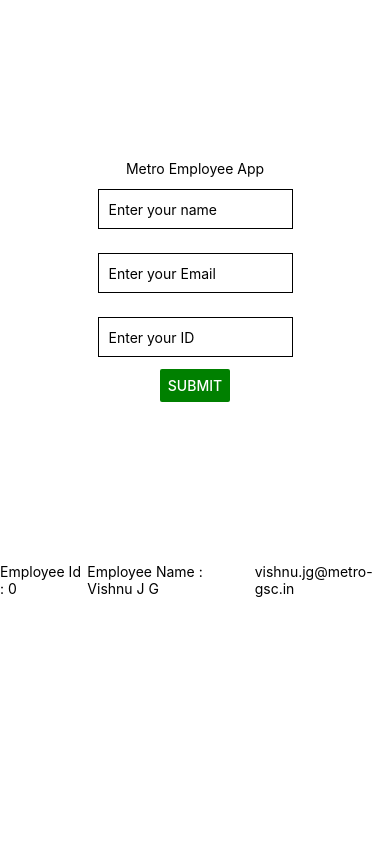
Repository: VishnuJG/Metro-Employee-App
Screen: /
These files come from the project's save history. The screen is drawn as it stood at one moment and after the next save; the edit follows.
The app was drawn by React Native's web renderer in a window 390 px wide. The project was rebuilt for these pictures with package versions that can differ from the ones it lists, and the page was loaded fresh each time. Some packages were replaced by stand-ins written for this rebuild.

Above is the screen before, as saved 2022-06-28 14:01:32.

After the next save:
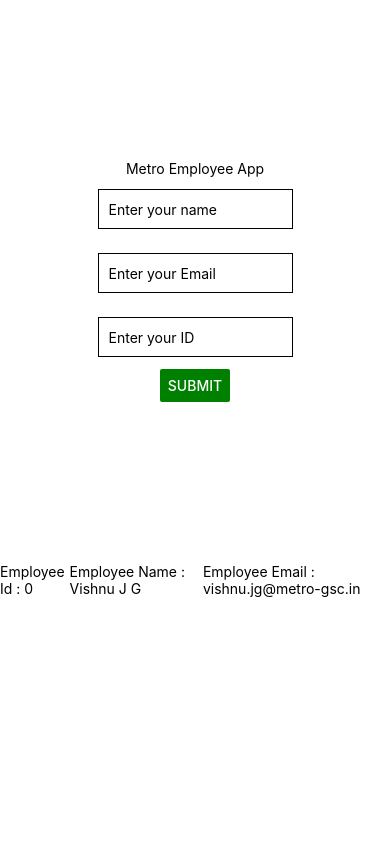
Saved 8 s later.
--- a/components/Task.js
+++ b/components/Task.js
@@ -10,7 +10,7 @@ export default function Task(props) {
     <View style={styles.employee}>
       <Text>Employee Id : {props.eid}</Text>
       <Text>Employee Name : {props.ename}</Text>
-      <Text>{props.eemail}</Text>
+      <Text>Employee Email : {props.eemail}</Text>
 
     </View>
 
